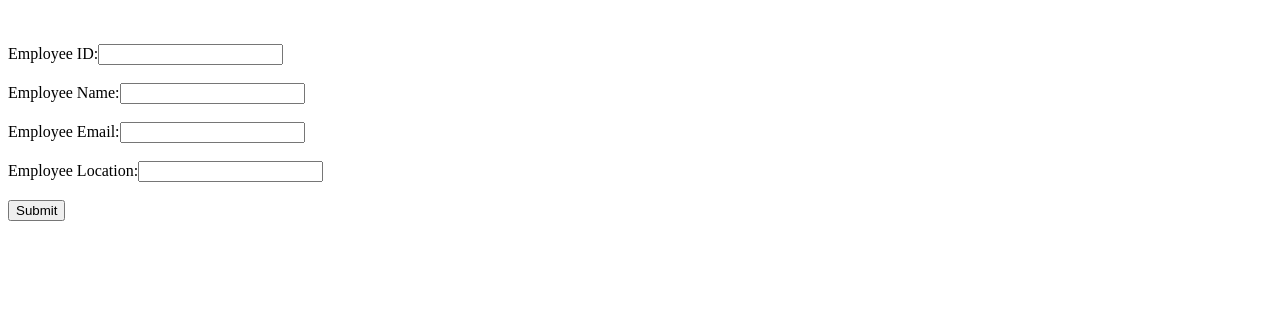
Repository: vibakar/spring-boot-topgear-assignments
Page: assignment4/src/main/resources/static/index.html
An editor plug-in stored every save of this project. The page is shown before and after the next save, followed by the edit.
The browser window is 1280 px wide. The pictures show the whole page.

Above is the page before, as saved 2020-06-12 06:52:56.

### assignment4/src/main/resources/static/index.html
<html>
<head>
<title>Add Employee</title>
</head>
<body>
<form method="post" action="/add">
<br><br>
Employee ID:<input type="text" name="id"/>
<br><br>
Employee Name:<input type="text" name="name"/>
<br><br>
Employee Email:<input type="text" name="email"/>
<br><br>
Employee Location:<input type="text" name="location"/>
<br><br>
<button type="submit">Submit</button>
</form>
</body>
</html>

After the next save:
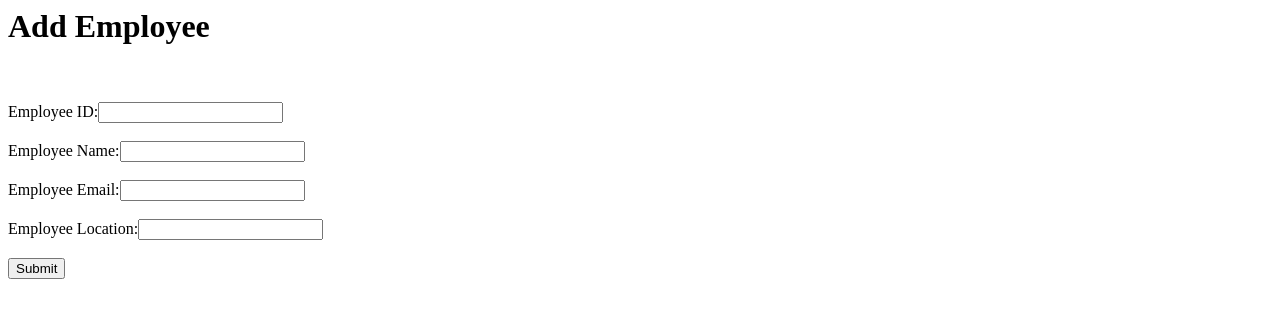
Saved 17 s later.
--- a/assignment4/src/main/resources/static/index.html
+++ b/assignment4/src/main/resources/static/index.html
@@ -3,6 +3,7 @@
 <title>Add Employee</title>
 </head>
 <body>
+<h1>Add Employee</h1>
 <form method="post" action="/add">
 <br><br>
 Employee ID:<input type="text" name="id"/>
